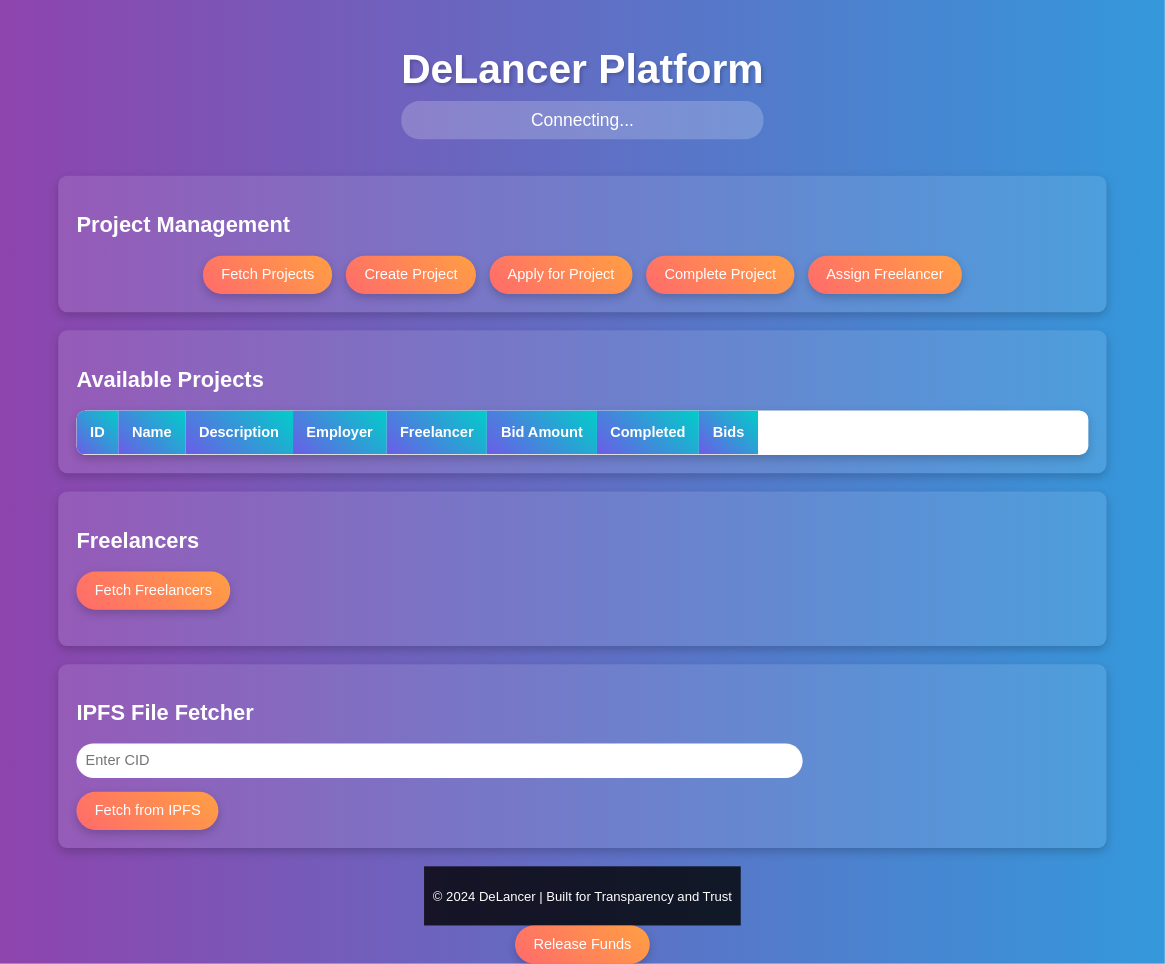
Repository: navjoth/DeLancer
Page: public/index.html
An editor plug-in stored every save of this project. The page is shown before and after the next save, followed by the edit.
The browser window is 1280 px wide. The pictures show the whole page, at 91% of full size.

Above is the page before, as saved 2025-03-08 08:52:24.

### public/index.html
<!DOCTYPE html>
<html lang="en">

<head>
    <meta charset="UTF-8">
    <meta name="viewport" content="width=device-width, initial-scale=1.0">
    <title>DeLancer</title>
    <script src="https://cdn.jsdelivr.net/npm/web3@1.6.1/dist/web3.min.js"></script>
    <link rel="stylesheet" href="style.css">
</head>

<body>
    <header>
        <h1>DeLancer Platform</h1>
        <div id="userAccount" class="status">Connecting...</div>
    </header>

    <main>
        <!-- Action Buttons Section -->
        <section class="action-section">
            <h2>Project Management</h2>
            <div class="button-group">
                <button id="fetchProjectsBtn">Fetch Projects</button>
                <button id="createProjectBtn">Create Project</button>
                <button id="applyProjectBtn">Apply for Project</button>
                <button id="completeProjectBtn">Complete Project</button>
                <button id="assignFreelancerBtn">Assign Freelancer</button>
            </div>
        </section>

        <!-- Display Sections -->
        <section class="display-section">
            <h2>Available Projects</h2>
            <table id="projectTable">
                <thead>
                    <tr>
                        <th>ID</th>
                        <th>Name</th>
                        <th>Description</th>
                        <th>Employer</th>
                        <th>Freelancer</th>
                        <th>Bid Amount</th>
                        <th>Completed</th>
                        <th>Bids</th> <!-- New column for number of bids -->
                    </tr>
                </thead>
                <tbody></tbody> <!-- Body will be populated dynamically by app.js -->
            </table>
        </section>

        <!-- Freelancer Section -->
        <section class="freelancer-section">
            <h2>Freelancers</h2>
            <button id="fetchFreelancersBtn">Fetch Freelancers</button>
            <div id="freelancerTable"></div>
        </section>

        <!-- IPFS Section -->
        <section class="ipfs-section">
            <h2>IPFS File Fetcher</h2>
            <input type="text" id="cidInput" placeholder="Enter CID" />
            <button id="fetchButton">Fetch from IPFS</button>
        </section>


    </main>

    <footer>
        <p>&copy; 2024 DeLancer | Built for Transparency and Trust</p>
    </footer>

    <script src="js/app.js"></script>
</body>

</html>

### public/style.css
/* General styling */
body {
    font-family: 'Poppins', sans-serif;
    margin: 0;
    background: linear-gradient(to right, #8e44ad, #3498db);
    color: #fff;
    min-height: 100vh;
    display: flex;
    flex-direction: column;
    align-items: center;
}

header {
    text-align: center;
    margin: 20px 0;
    animation: fadeIn 2s ease-in-out;
}

h1 {
    font-size: 2.8rem;
    margin-bottom: 10px;
    text-shadow: 2px 2px 4px rgba(0, 0, 0, 0.2);
}

.status {
    background-color: rgba(255, 255, 255, 0.2);
    padding: 10px 20px;
    border-radius: 20px;
    font-size: 1.2rem;
}

/* Main sections */
main {
    width: 90%;
    max-width: 1200px;
    margin: 0 auto;
}

.action-section, .freelancer-section, .ipfs-section, .display-section {
    background: rgba(255, 255, 255, 0.1);
    border-radius: 10px;
    padding: 20px;
    margin: 20px 0;
    box-shadow: 0 4px 10px rgba(0, 0, 0, 0.2);
    animation: slideInUp 1s ease-out;
}

/* Buttons */
.button-group, .freelancer-section button, .ipfs-section button {
    display: flex;
    flex-wrap: wrap;
    justify-content: center;
    gap: 15px;
}

button {
    background: linear-gradient(45deg, #ff6b6b, #ff9f43);
    color: white;
    border: none;
    padding: 12px 20px;
    border-radius: 50px;
    cursor: pointer;
    font-size: 1rem;
    transition: all 0.3s ease;
    box-shadow: 0 4px 10px rgba(0, 0, 0, 0.2);
}

button:hover {
    transform: scale(1.1);
    box-shadow: 0 8px 20px rgba(0, 0, 0, 0.3);
}

/* Tables */
#projectTable, #freelancerTable {
    margin-top: 20px;
    background: white;
    color: #2c3e50;
    border-radius: 10px;
    overflow: hidden;
    box-shadow: 0 4px 10px rgba(0, 0, 0, 0.2);
    animation: fadeIn 1s ease-in-out;
    width: 100%;
    max-width: 100%;
    table-layout: fixed; /* Ensures fixed column widths */
}

/* Table styling */
table {
    width: 100%;
    border-collapse: collapse;
    font-size: 1rem;
}

th, td {
    padding: 15px;
    text-align: center;
    border-bottom: 1px solid #ddd;
    word-wrap: break-word; /* Allows long words to break */
}

th {
    background: linear-gradient(45deg, #6c5ce7, #00cec9);
    color: white;
}

tr:nth-child(even) {
    background: #f3f3f3;
}

tr:hover {
    background: #dfe6e9;
    transform: scale(1.02);
}

/* Add horizontal scrolling if necessary */
#projectTable {
    overflow-x: auto;
    display: block;
}

/* IPFS input field */
.ipfs-section input {
    padding: 10px;
    border-radius: 50px;
    border: none;
    width: 70%;
    margin-bottom: 15px;
    font-size: 1rem;
}

/* Footer */
footer {
    background: rgba(0, 0, 0, 0.8);
    color: white;
    text-align: center;
    padding: 10px;
    font-size: 0.9rem;
    margin-top: auto;
}

/* Animations */
@keyframes fadeIn {
    from {
        opacity: 0;
    }
    to {
        opacity: 1;
    }
}

@keyframes slideInUp {
    from {
        transform: translateY(50px);
        opacity: 0;
    }
    to {
        transform: translateY(0);
        opacity: 1;
    }
}

/* Responsive Design */
@media (max-width: 768px) {
    h1 {
        font-size: 2rem;
    }

    button {
        width: 100%;
    }

    #projectTable {
        width: 100%;
        overflow-x: auto; /* Enable horizontal scrolling on small screens */
    }
}

Loaded but not shown: public/js/app.js (736 lines, source omitted)

After the next save:
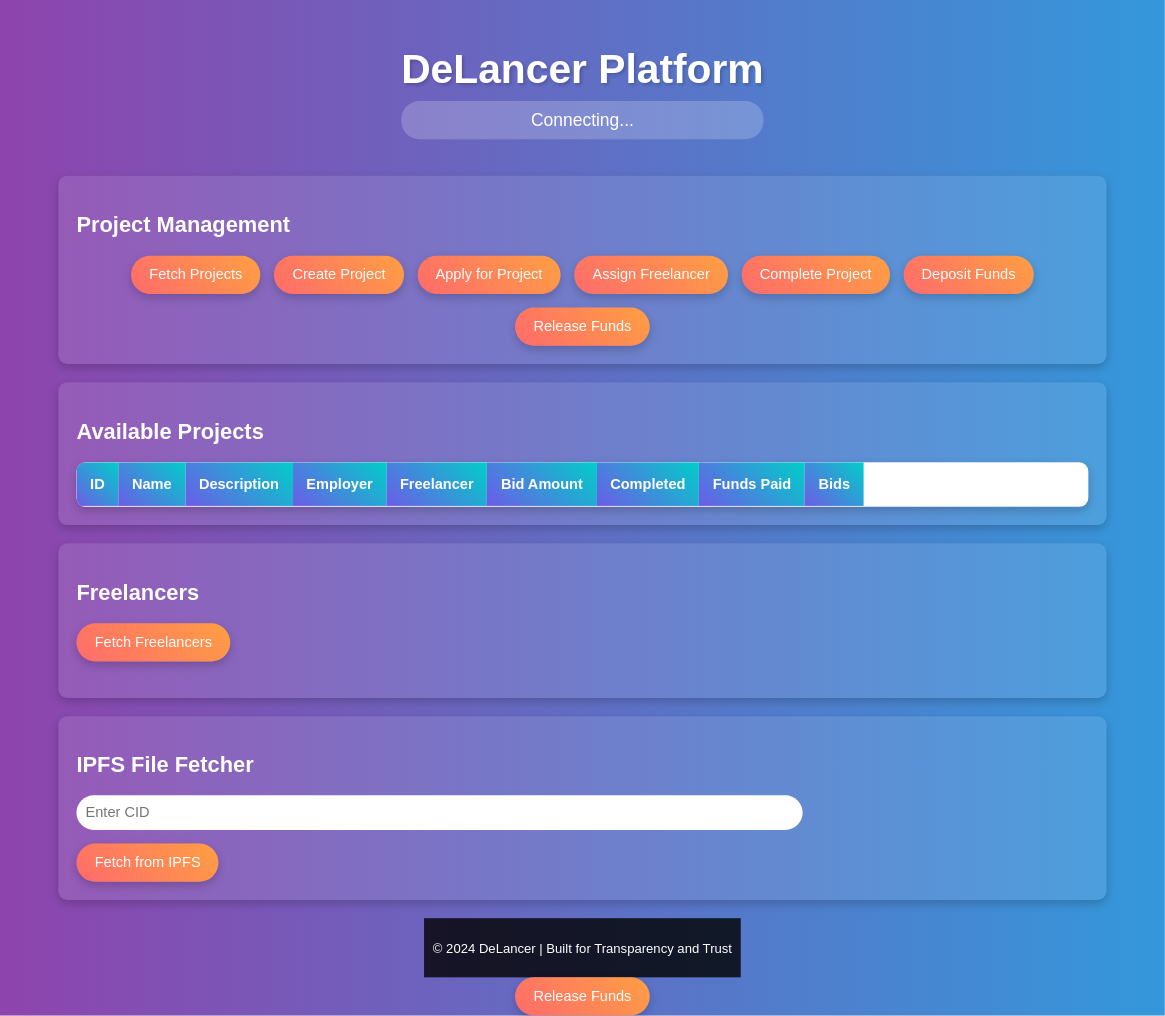
Saved 2 min 7 s later.
--- a/public/index.html
+++ b/public/index.html
@@ -23,8 +23,10 @@
                 <button id="fetchProjectsBtn">Fetch Projects</button>
                 <button id="createProjectBtn">Create Project</button>
                 <button id="applyProjectBtn">Apply for Project</button>
+                <button id="assignFreelancerBtn">Assign Freelancer</button>
                 <button id="completeProjectBtn">Complete Project</button>
-                <button id="assignFreelancerBtn">Assign Freelancer</button>
+                <button id="depositFundsBtn">Deposit Funds</button> <!-- New button for depositing funds -->
+                <button id="releaseFundsBtn">Release Funds</button> <!-- New button for releasing funds -->
             </div>
         </section>
 
@@ -41,7 +43,8 @@
                         <th>Freelancer</th>
                         <th>Bid Amount</th>
                         <th>Completed</th>
-                        <th>Bids</th> <!-- New column for number of bids -->
+                        <th>Funds Paid</th> <!-- New column to show if funds are released -->
+                        <th>Bids</th>
                     </tr>
                 </thead>
                 <tbody></tbody> <!-- Body will be populated dynamically by app.js -->
@@ -61,12 +64,10 @@
             <input type="text" id="cidInput" placeholder="Enter CID" />
             <button id="fetchButton">Fetch from IPFS</button>
         </section>
-
-
     </main>
 
     <footer>
-        <p>&copy; 2024 DeLancer | Built for Transparency and Trust</p>
+        <p>© 2024 DeLancer | Built for Transparency and Trust</p>
     </footer>
 
     <script src="js/app.js"></script>
